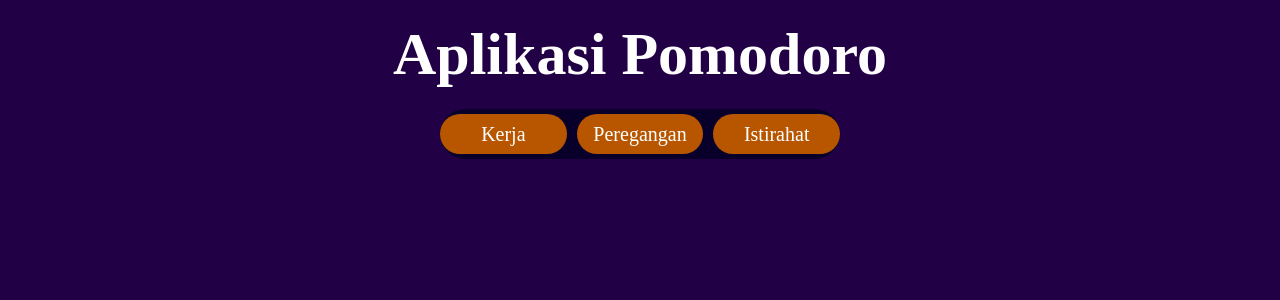
Repository: sellayspy/aplikasiPomodoro
Page: /
An editor plug-in stored every save of this project. The page is shown before and after the next save, followed by the edit.
The browser window is 1280 px wide. The pictures show the whole page.
The project was rebuilt for these pictures with package versions that can differ from the ones it lists, and the page was loaded fresh each time. Also part of the build but not shown: vite.config.js.

Above is the page before, as saved 2024-11-25 13:23:10.

### index.html
<!DOCTYPE html>
<html lang="en">
  <head>
    <meta charset="UTF-8" />
    <link rel="icon" type="image/svg+xml" href="/vite.svg" />
    <meta name="viewport" content="width=device-width, initial-scale=1.0" />
    <title>Aplikasi Pomodoro</title>
  </head>
  <body>
    <div id="root"></div>
    <script type="module" src="/src/main.jsx"></script>
  </body>
</html>

### src/main.jsx
import { StrictMode } from "react";
import { createRoot } from "react-dom/client";
import { createGlobalStyle, ThemeProvider } from "styled-components";
import App from "./App.jsx";

const GlobalStyle = createGlobalStyle`

*{
  margin: 0;
  padding: 0;
  box-sizing: border-box;
}

  html,body{
    background-color: ${(props) => props.theme.colors.bg};;
    font-size: 62.5%;
  }

  body{
    font-size: 1.6rem;
    color: white;
  }

`;

const theme = {
  colors: {
    primary: "#b85600",
    secondary: "#08002b",
    bg: "#220045",
  },
};

createRoot(document.getElementById("root")).render(
  <StrictMode>
    <ThemeProvider theme={theme}>
      <GlobalStyle />
      <App />
    </ThemeProvider>
  </StrictMode>
);

### src/App.jsx
import styled from "styled-components";
import Judul from "./components/Judul";

function App() {
  return (
    <>
      <Title>Aplikasi Pomodoro</Title>
      <Judul />
    </>
  );
}

export default App;

const Title = styled.h1`
  font-size: 6rem;
  padding: 2rem 0;
  text-align: center;
`;

### src/components/Judul.jsx
import styled from "styled-components";

const Judul = () => {
  return (
    <JudulContainer>
      {["Kerja", "Peregangan", "Istirahat"].map((tag, i) => (
        <Tag key={i}>{tag}</Tag>
      ))}
    </JudulContainer>
  );
};

export default Judul;

const JudulContainer = styled.div`
  background: #08002b;
  height: 5rem;
  width: 40rem;
  margin: 0 auto;
  border-radius: 5rem;
  display: flex;
  gap: 1rem;
  align-items: center;
`;

const Tag = styled.button`
  all: unset;
  height: 4rem;
  text-align: center;
  border-radius: 5rem;
  flex: 1;
  font-size: 2rem;
  background: #b85600;
`;

After the next save:
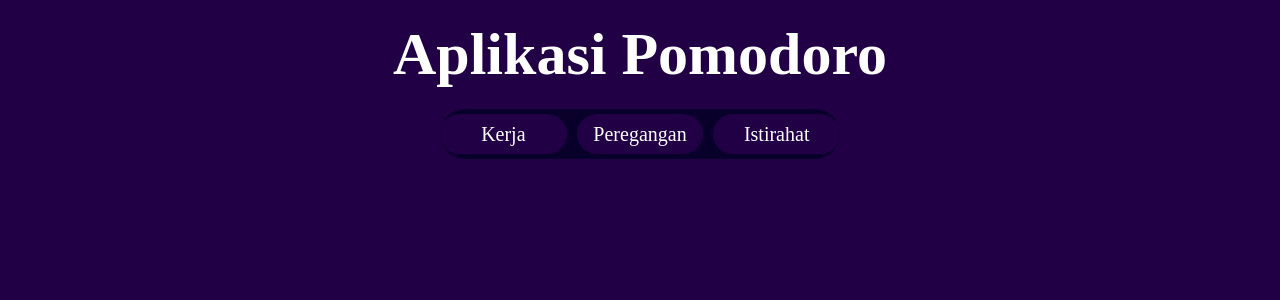
Saved 40 s later.
--- a/src/components/Judul.jsx
+++ b/src/components/Judul.jsx
@@ -30,5 +30,5 @@
   border-radius: 5rem;
   flex: 1;
   font-size: 2rem;
-  background: #b85600;
+  background: ${(props) => props.theme.colors.bg};
 `;

After the save that followed:
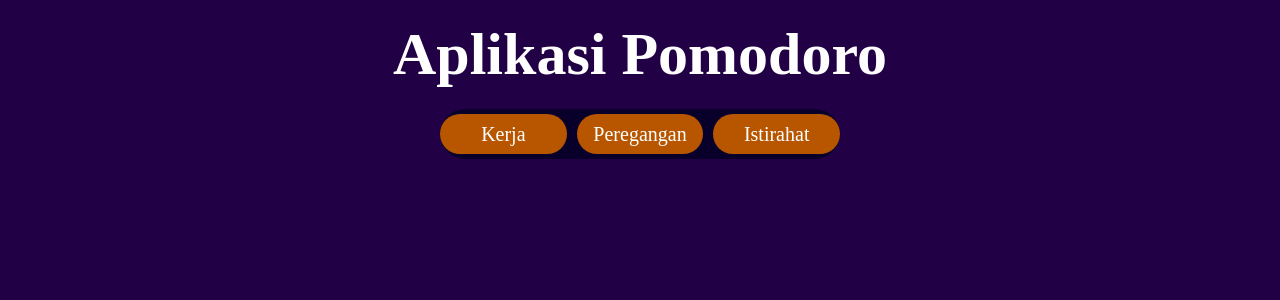
Saved 14 s later.
--- a/src/components/Judul.jsx
+++ b/src/components/Judul.jsx
@@ -30,5 +30,5 @@
   border-radius: 5rem;
   flex: 1;
   font-size: 2rem;
-  background: ${(props) => props.theme.colors.bg};
+  background: ${(props) => props.theme.colors.primary};
 `;
